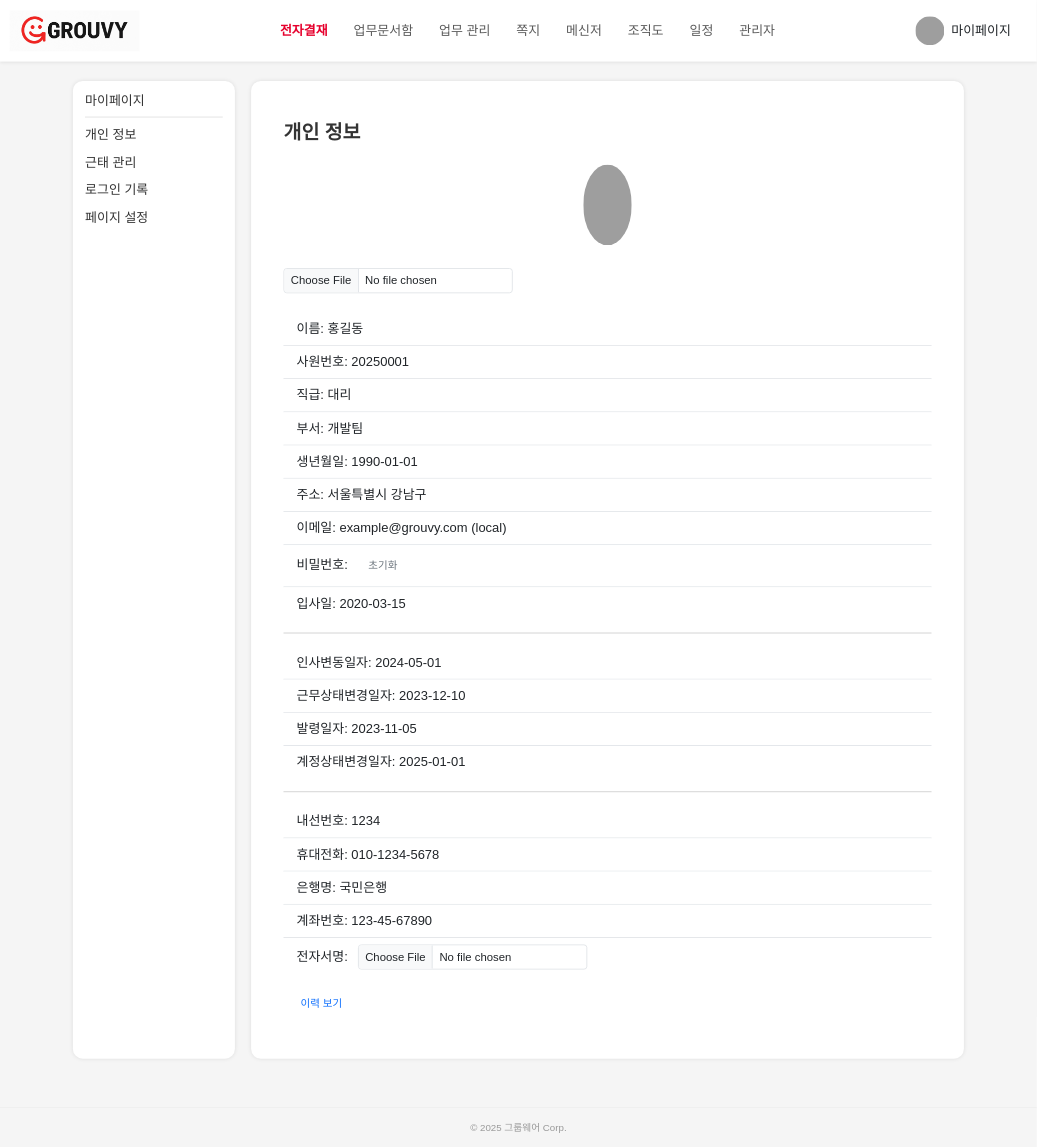
Repository: hyunbin7664/web-java-workspace
Page: groupware/src/main/webapp/mypage_profile.html
The author's editor kept a copy of each file at every save. The page is drawn from the files as they stood at one save, then again after the next save.
The browser window is 1280 px wide. The pictures show the whole page, at 81% of full size.
Pictures or frames that could not be fetched are drawn as grey boxes.

Above is the page before, as saved 2025-07-08 07:50:32.

After the next save:
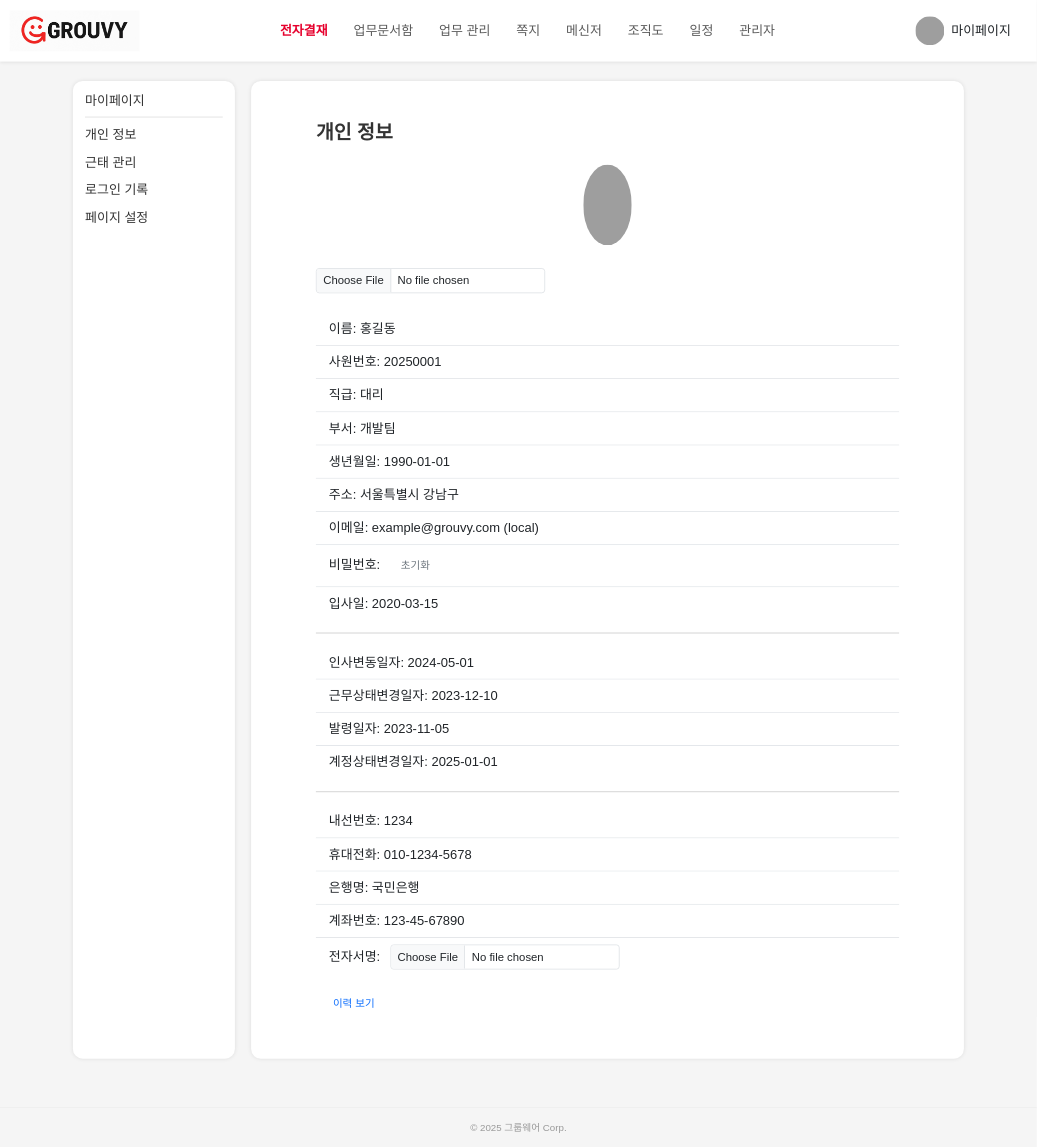
Saved 13 s later.
--- a/groupware/src/main/webapp/mypage_profile.html
+++ b/groupware/src/main/webapp/mypage_profile.html
@@ -83,7 +83,7 @@ body {
 .main-content {
 	flex: 1;
 	background-color: white;
-	padding: 50px 40px;
+	padding: 50px 80px;
 	text-align: center;
 	border-radius: 12px;
 	box-shadow: 0 0 5px rgba(0, 0, 0, 0.1);
